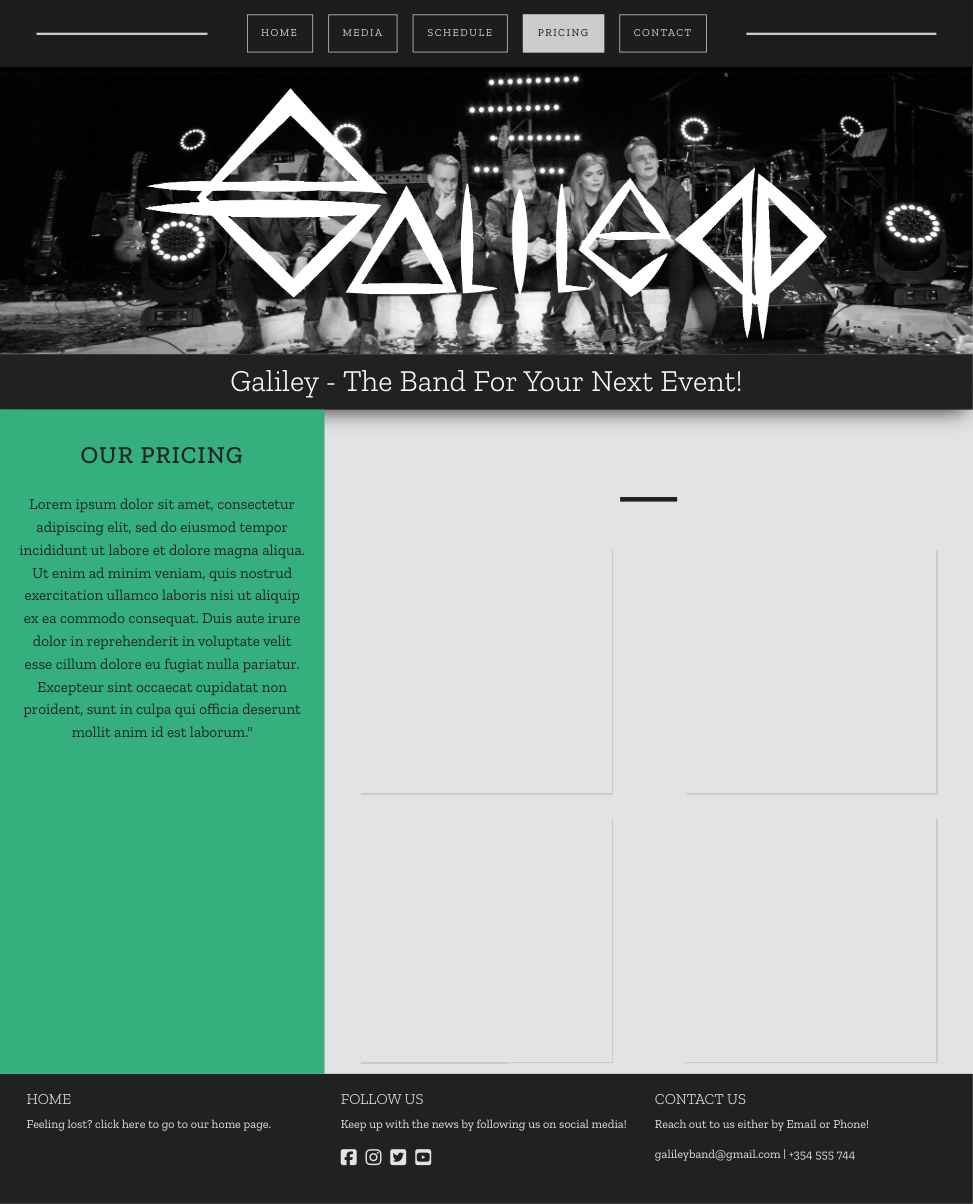
Repository: HeimirDavid/Galiley-Website
Page: pricing.html
The author's editor kept a record of every edit. The page is drawn from the files as they stood at one moment, then again after the next edit.
The browser window is 1280 px wide. The pictures show the whole page, at 76% of full size.
Some web libraries are served in a nearby version.

Above is the page before.

After the next edit:
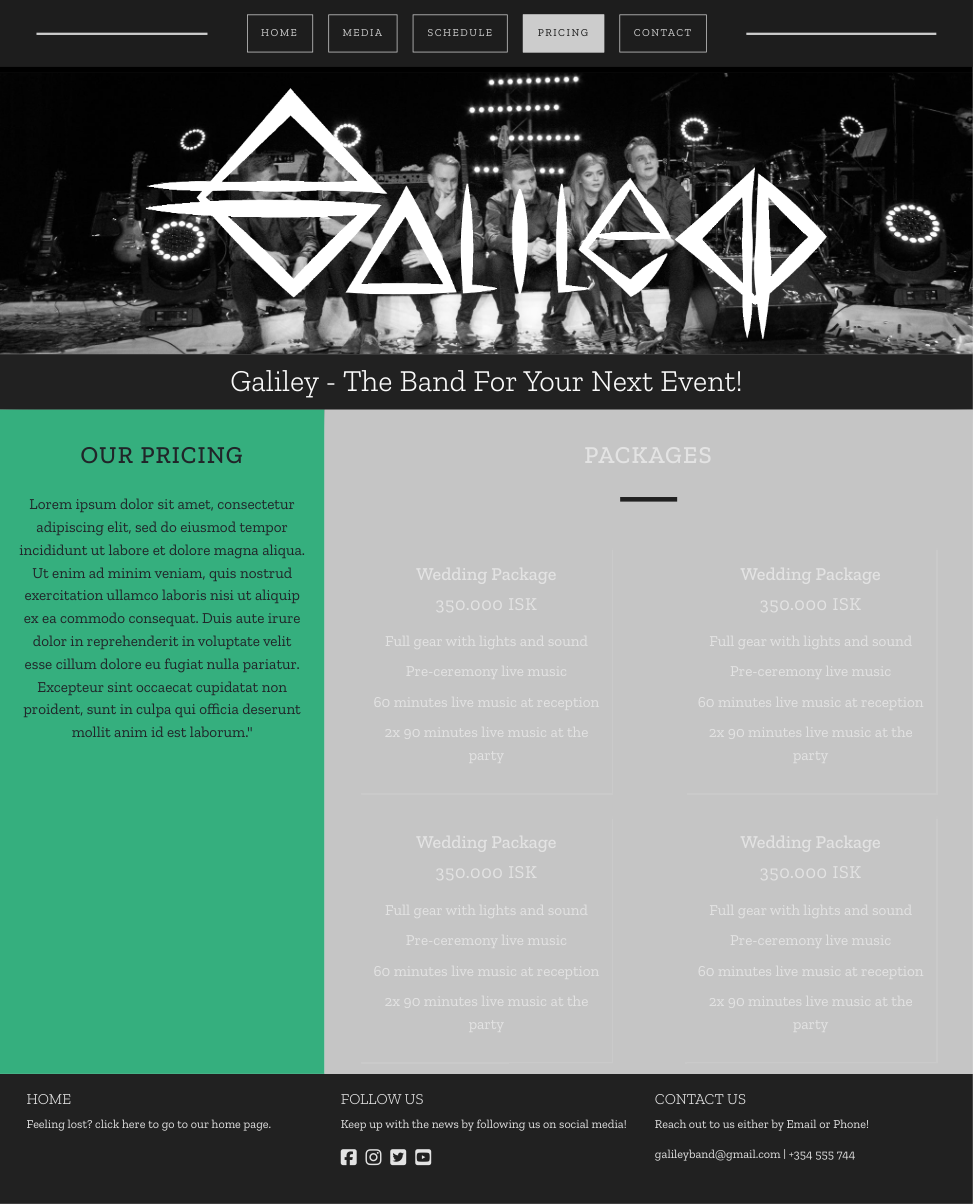
The edit:
--- a/pricing.html
+++ b/pricing.html
@@ -81,7 +81,7 @@
                     non proident, sunt in culpa qui officia deserunt mollit anim id est laborum."</p>
                 </div>
             </div>
-            <div class="col-md-8">
+            <div class="col-md-8 grey-color">
                 <div class="row package-header-row">
                     <div class="col text-center">
                         <h2 class="header-h2 uppercase">Packages</h2>
